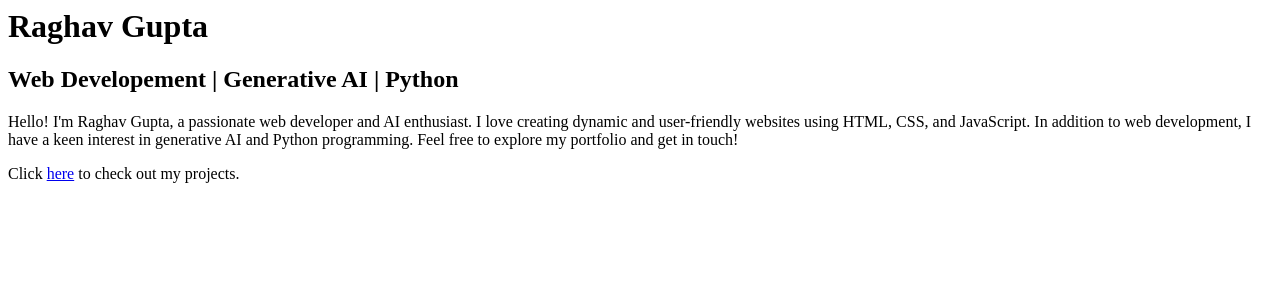
Repository: raghhavv03/html-css-practice
Page: task-3/index.html
An editor plug-in stored every save of this project. The page is shown before and after a run of saves, followed by the edit.
The browser window is 1280 px wide. The pictures show the whole page.

Above is the page before, as saved 2026-02-02 18:35:46.

### task-3/index.html
<html>
<head>

</head>

<h1>Raghav Gupta</h1>
<h2>Web Developement | Generative AI | Python</h2>
<p>Hello! I'm Raghav Gupta, a passionate web developer and AI enthusiast. I love creating dynamic and user-friendly websites using HTML, CSS, and JavaScript. In addition to web development, I have a keen interest in generative AI and Python programming. Feel free to explore my portfolio and get in touch!</p>
<p>Click <a href="work.html">here</a> to check out my projects.</p>
</html>

After the next 3 saves:
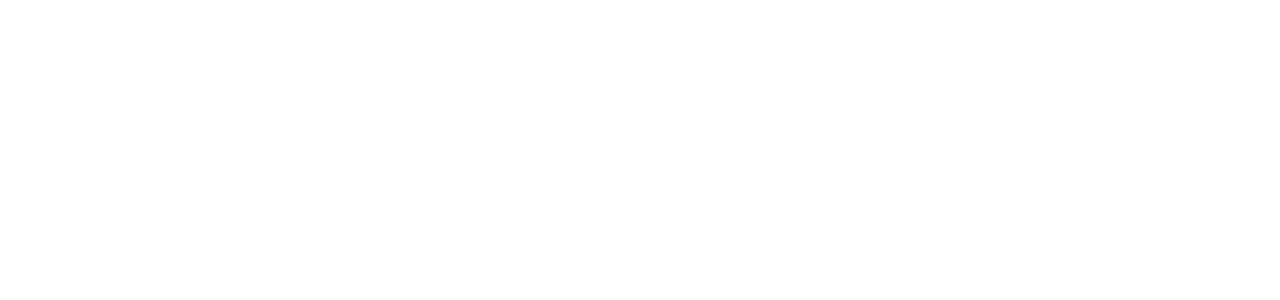
The 3 saves are shown as one change because they came seconds apart.
The last was saved 9 s later.
--- a/task-3/index.html
+++ b/task-3/index.html
@@ -1,6 +1,7 @@
 <html>
 <head>
-
+    <style
+    <title>Raghav Gupta's Portfolio</title>
 </head>
 
 <h1>Raghav Gupta</h1>

After the save that followed:
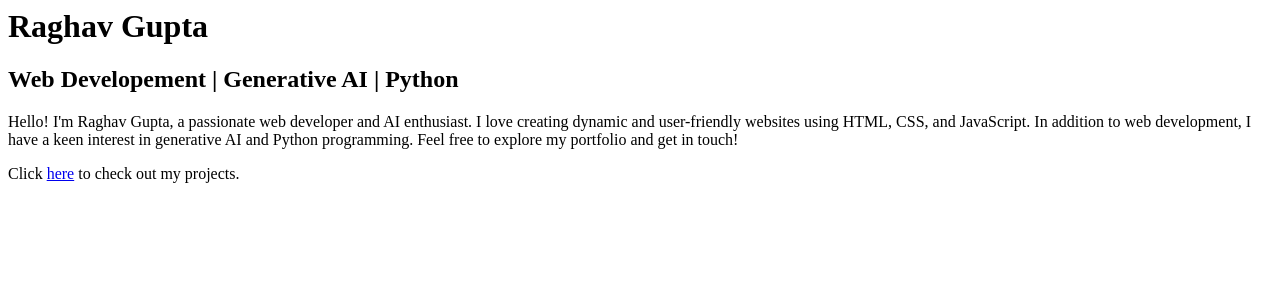
Saved 7 s later.
--- a/task-3/index.html
+++ b/task-3/index.html
@@ -1,6 +1,5 @@
 <html>
 <head>
-    <style
     <title>Raghav Gupta's Portfolio</title>
 </head>
 
